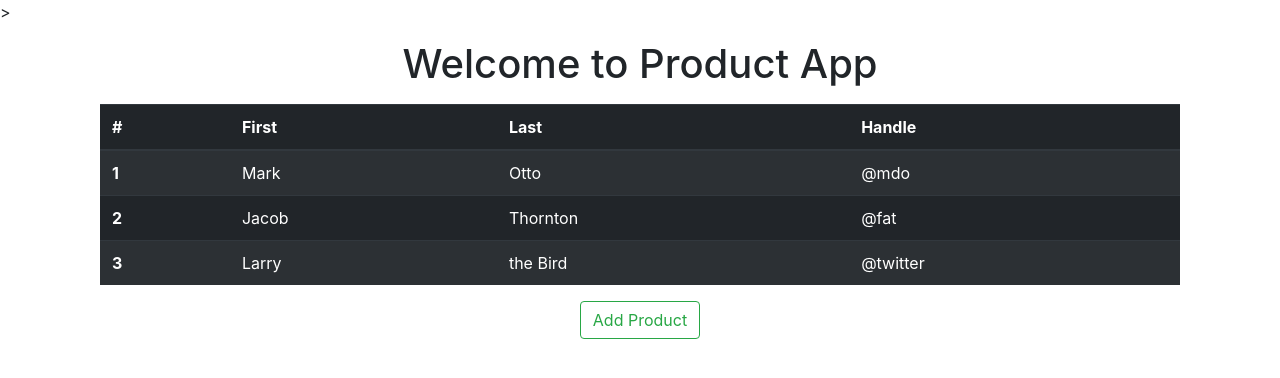
Repository: bhargav-13/Spring
Page: http://localhost/CRUD/WEB-INF/views/index.jsp
These files come from the project's save history. The page is drawn as it stood at one moment and after the next save; the edit follows.
The browser window is 1280 px wide. The pictures show the whole page.
Some web libraries are served in a nearby version. The page is served by Tomcat 9. Nobody is signed in. The template is opened directly, without the code that normally fills it, so the values that code supplies are empty.

Above is the page before, as saved 2023-06-08 11:50:24.

After the next save:
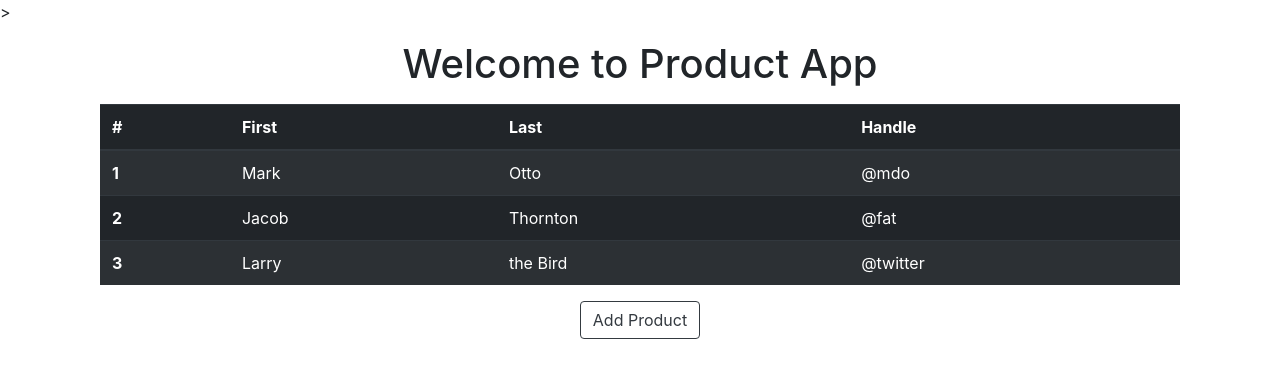
Saved 14 min 23 s later.
--- a/CRUD/src/main/webapp/WEB-INF/views/index.jsp
+++ b/CRUD/src/main/webapp/WEB-INF/views/index.jsp
@@ -42,7 +42,7 @@
 				</table>
 
 	<div class="container text-center">
-		<a href="add-product" class="btn btn-outline-success">Add Product</a>
+		<a href="add-product" class="btn btn-outline-dark">Add Product</a>
 	</div>
 
 			</div>
